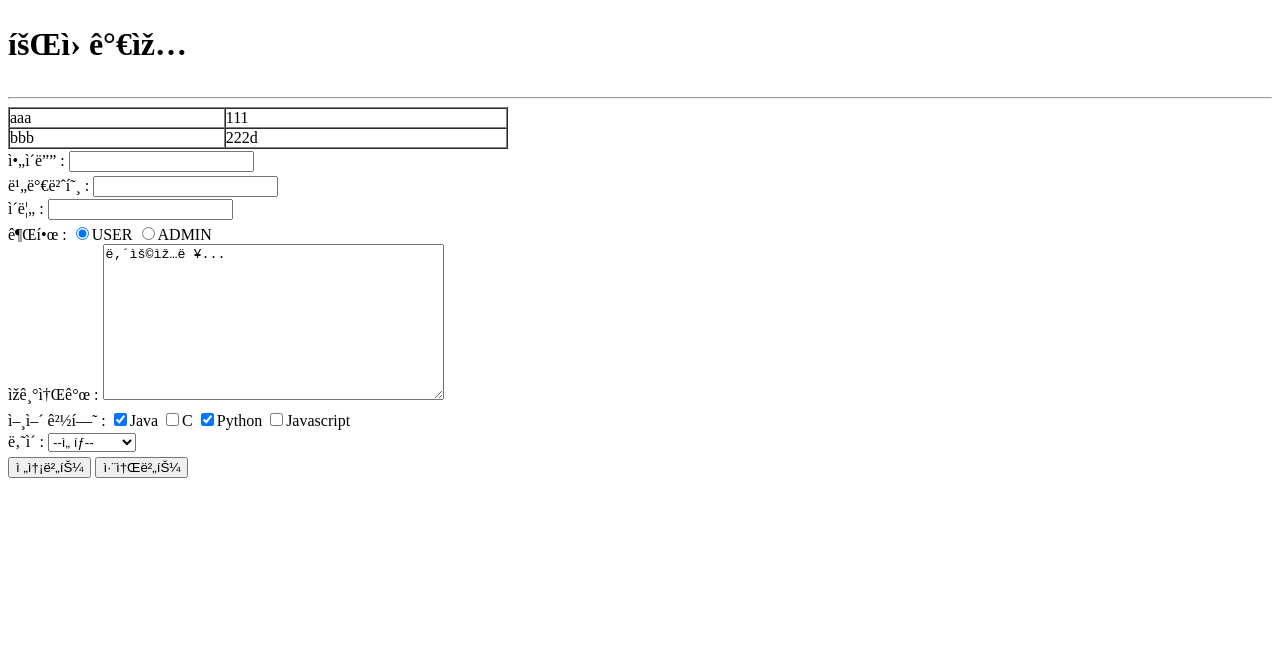
Repository: serim53/JSPStudy
Page: http://localhost/BoardWeb_JSP_/insertUserView.do
The author's editor kept a copy of each file at every save. The page is drawn from the files as they stood at one save, then again after the next save.
The browser window is 1280 px wide. The pictures show the whole page.
The page is served by Tomcat 10. Other server files are loaded and not shown.

Above is the page before, as saved 2025-07-08 05:02:02.

### BoardWeb(JSP)/src/main/webapp/WEB-INF/board/insertUser.jsp
<!DOCTYPE html PUBLIC "-//W3C//DTD HTML 4.01 Transitional//EN" "http://www.w3.org/TR/html4/loose.dtd">
<html>
<head>
<meta http-equiv="Content-Type" content="text/html; charset=UTF-8">
<title>회원가입</title>
</head>
<body>
<h1>회원 가입</h1>
<hr>
<form action="insertUser.do" method="get">

<table border="1" cellpadding="0" cellspacing="0" width="500">
	<tr><td>aaa</td><td>111</td></tr>
	<tr><td>bbb</td><td>222d</td></tr>
</table>
아이디 : <input type="text" size="20"/><br>
비밀번호 : <input type="password" size="20"/><br>
이름 : <input type="text"/><br>
권한 : <input name="role" type="radio" checked/>USER
      <input name="role" type="radio"/>ADMIN<br>
자기소개 : <textarea rows="10" cols="40">내용입력...</textarea><br>
언어 경험 : <input type="checkbox" checked/>Java
		  <input type="checkbox"/>C
		  <input type="checkbox" checked/>Python
		  <input type="checkbox"/>Javascript<br>
나이 : <select>
		<option>--선택--
		<option>10대
		<option>20대
		<option>30대
		<option>40대
		<option>50대
		<option>60대 이상
	  </select><br>
<input type="submit" value="전송버튼"/>
<input type="reset" value="취소버튼"/>
</form>
</body>
</html>

### BoardWeb(JSP)/src/main/java/com/multicampus/web/DispatcherServlet.java
package com.multicampus.web;

import java.io.IOException;
import java.util.List;

import com.multicampus.biz.board.BoardDAO;
import com.multicampus.biz.board.BoardVO;
import com.multicampus.biz.user.UserDAO;
import com.multicampus.biz.user.UserVO;

import jakarta.servlet.RequestDispatcher;
import jakarta.servlet.ServletConfig;
import jakarta.servlet.ServletException;
import jakarta.servlet.annotation.WebServlet;
import jakarta.servlet.http.HttpServlet;
import jakarta.servlet.http.HttpServletRequest;
import jakarta.servlet.http.HttpServletResponse;
import jakarta.servlet.http.HttpSession;

@WebServlet(urlPatterns = { "*.do" })
public class DispatcherServlet extends HttpServlet {
	private static final long serialVersionUID = 1L;

	private HandlerMapping handlerMapping;
	private ViewResolver viewResolver;

	public void init(ServletConfig config) throws ServletException {
		handlerMapping = new HandlerMapping();
		viewResolver = new ViewResolver("/WEB-INF/board/", ".jsp");
	}

	protected void service(HttpServletRequest request, HttpServletResponse response) throws ServletException, IOException {
		// 1. 브라우저의 요청 path 정보를 추출한다.
		String uri = request.getRequestURI();
		String path = uri.substring(uri.lastIndexOf("/"));
		System.out.println(path);

		// 2. HandlerMapping을 통해 요청을 처리할 Controller를 검색한다.
		Controller ctrl = handlerMapping.getController(path);

		// 3. 검색한 Controller를 실행한다.
		String viewName = ctrl.handleRequest(request, response);

		// 4. Controller가 리턴한 View 이름을 기반으로 이동할 화면 경로를 완성한다.
		String view = null;
		if(!viewName.contains(".do")) {
			if(viewName.equals("index")) {
				view = viewName + ".jsp";
			} else {
				view = viewResolver.getView(viewName);
			}
		} else {
			view = viewName;
		}

		// 5. 화면 이동한다.
		RequestDispatcher rd = request.getRequestDispatcher(view);
		rd.forward(request, response);
	}

}

### BoardWeb(JSP)/src/main/java/com/multicampus/web/Controller.java
package com.multicampus.web;

import jakarta.servlet.http.HttpServletRequest;
import jakarta.servlet.http.HttpServletResponse;

public interface Controller {

	String handleRequest(HttpServletRequest request, HttpServletResponse response);

}

### BoardWeb(JSP)/src/main/java/com/multicampus/web/user/InsertUserViewController.java
package com.multicampus.web.user;

import com.multicampus.web.Controller;

import jakarta.servlet.http.HttpServletRequest;
import jakarta.servlet.http.HttpServletResponse;

public class InsertUserViewController implements Controller {

	@Override
	public String handleRequest(HttpServletRequest request, HttpServletResponse response) {
		System.out.println("회원가입 화면으로 이동");

		return "insertUser";
	}

}

### BoardWeb(JSP)/src/main/java/com/multicampus/web/user/InsertUserController.java
package com.multicampus.web.user;

import com.multicampus.biz.user.UserDAO;
import com.multicampus.biz.user.UserVO;
import com.multicampus.web.Controller;

import jakarta.servlet.http.HttpServletRequest;
import jakarta.servlet.http.HttpServletResponse;

public class InsertUserController implements Controller {

	@Override
	public String handleRequest(HttpServletRequest request, HttpServletResponse response) {
		System.out.println("회원 가입 기능 처리");

		// 1. 사용자 입력정보 추출
		String id = request.getParameter("id");
		String password = request.getParameter("password");
		String name = request.getParameter("name");
		String role = request.getParameter("role");

		// 2. DB 연동 처리
		UserVO vo = new UserVO();
		vo.setId(id);
		vo.setPassword(password);
		vo.setName(name);
		vo.setRole(role);

		UserDAO dao = new UserDAO();
		dao.insertUser(vo);

		// 3. 화면 이동
		return "index";
	}

}

### BoardWeb(JSP)/src/main/java/com/multicampus/web/user/LoginViewController.java
package com.multicampus.web.user;

import com.multicampus.web.Controller;

import jakarta.servlet.http.HttpServletRequest;
import jakarta.servlet.http.HttpServletResponse;

public class LoginViewController implements Controller {

	@Override
	public String handleRequest(HttpServletRequest request, HttpServletResponse response) {
		System.out.println("로그인 화면으로 이동");

		return "login";
	}

}

### BoardWeb(JSP)/src/main/java/com/multicampus/web/user/LoginController.java
package com.multicampus.web.user;

import com.multicampus.biz.user.UserDAO;
import com.multicampus.biz.user.UserVO;
import com.multicampus.web.Controller;

import jakarta.servlet.http.HttpServletRequest;
import jakarta.servlet.http.HttpServletResponse;
import jakarta.servlet.http.HttpSession;

public class LoginController implements Controller {

	@Override
	public String handleRequest(HttpServletRequest request, HttpServletResponse response) {
		System.out.println("로그인 기능 처리");

		// 1. 사용자 입력정보 추출
		String id = request.getParameter("id");
		String password = request.getParameter("password");

		// 2. DB 연동 처리
		UserVO vo = new UserVO();
		vo.setId(id);
		vo.setPassword(password);

		UserDAO dao = new UserDAO();
		UserVO user = dao.getUser(vo);

		// 3. 화면 이동
		if(user != null) {
			// 로그인 성공
			HttpSession session = request.getSession();
			session.setAttribute("user", user);
			return "getBoardList.do";
		} else {
			// 로그인 실패
			return "loginView.do";
		}

	}

}

### BoardWeb(JSP)/src/main/java/com/multicampus/web/user/LogoutController.java
package com.multicampus.web.user;

import com.multicampus.web.Controller;

import jakarta.servlet.http.HttpServletRequest;
import jakarta.servlet.http.HttpServletResponse;
import jakarta.servlet.http.HttpSession;

public class LogoutController implements Controller {

	@Override
	public String handleRequest(HttpServletRequest request, HttpServletResponse response) {
		System.out.println("로그아웃 기능 처리");

		// 로그아웃을 요청한 브라우저와 매핑된 세션을 강제로 종료한다.
		HttpSession session = request.getSession();
		session.invalidate();

		// 화면 이동
		return "index";

	}

}

### BoardWeb(JSP)/src/main/java/com/multicampus/web/board/InsertBoardViewController.java
package com.multicampus.web.board;

import com.multicampus.web.Controller;

import jakarta.servlet.http.HttpServletRequest;
import jakarta.servlet.http.HttpServletResponse;

public class InsertBoardViewController implements Controller {

	@Override
	public String handleRequest(HttpServletRequest request, HttpServletResponse response) {
		System.out.println("글 등록 화면으로 이동");

		return "insertBoard";
	}

}

### BoardWeb(JSP)/src/main/java/com/multicampus/web/board/InsertBoardController.java
package com.multicampus.web.board;

import com.multicampus.biz.board.BoardDAO;
import com.multicampus.biz.board.BoardVO;
import com.multicampus.web.Controller;

import jakarta.servlet.http.HttpServletRequest;
import jakarta.servlet.http.HttpServletResponse;

public class InsertBoardController implements Controller {

	@Override
	public String handleRequest(HttpServletRequest request, HttpServletResponse response) {
		System.out.println("글 등록 기능 처리");

		// 1. 사용자 입력정보 추출
		String title = request.getParameter("title");
		String writer = request.getParameter("writer");
		String content = request.getParameter("content");

		// 2. DB 연동 처리
		BoardVO vo = new BoardVO();
		vo.setTitle(title);
		vo.setWriter(writer);
		vo.setContent(content);

		BoardDAO dao = new BoardDAO();
		dao.insertBoard(vo);

		// 3. 화면 이동
		return "getBoardList.do";

	}

}

### BoardWeb(JSP)/src/main/java/com/multicampus/web/board/UpdateBoardController.java
package com.multicampus.web.board;

import com.multicampus.biz.board.BoardDAO;
import com.multicampus.biz.board.BoardVO;
import com.multicampus.web.Controller;

import jakarta.servlet.http.HttpServletRequest;
import jakarta.servlet.http.HttpServletResponse;

public class UpdateBoardController implements Controller {

	@Override
	public String handleRequest(HttpServletRequest request, HttpServletResponse response) {
		System.out.println("글 수정 기능 처리");

		// 1. 사용자 입력정보 추출
		String title = request.getParameter("title");
		String seq = request.getParameter("seq");
		String content = request.getParameter("content");

		// 2. DB 연동 처리
		BoardVO vo = new BoardVO();
		vo.setTitle(title);
		vo.setSeq(Integer.parseInt(seq));
		vo.setContent(content);

		BoardDAO dao = new BoardDAO();
		dao.updateBoard(vo);

		// 3. 화면 이동
		return "getBoardList.do";
	}

}

### BoardWeb(JSP)/src/main/java/com/multicampus/web/board/DeleteBoardController.java
package com.multicampus.web.board;

import com.multicampus.biz.board.BoardDAO;
import com.multicampus.biz.board.BoardVO;
import com.multicampus.web.Controller;

import jakarta.servlet.http.HttpServletRequest;
import jakarta.servlet.http.HttpServletResponse;

public class DeleteBoardController implements Controller {

	@Override
	public String handleRequest(HttpServletRequest request, HttpServletResponse response) {
		System.out.println("글 삭제 기능 처리");

		// 1. 사용자 입력정보 추출
		String seq = request.getParameter("seq");

		// 2. DB 연동 처리
		BoardVO vo = new BoardVO();
		vo.setSeq(Integer.parseInt(seq));

		BoardDAO dao = new BoardDAO();
		dao.deleteBoard(vo);

		// 3. 화면 이동
		return "getBoardList.do";
	}

}

### BoardWeb(JSP)/src/main/java/com/multicampus/web/board/GetBoardController.java
package com.multicampus.web.board;

import com.multicampus.biz.board.BoardDAO;
import com.multicampus.biz.board.BoardVO;
import com.multicampus.web.Controller;

import jakarta.servlet.http.HttpServletRequest;
import jakarta.servlet.http.HttpServletResponse;

public class GetBoardController implements Controller {

	@Override
	public String handleRequest(HttpServletRequest request, HttpServletResponse response) {
		System.out.println("글 상세 조회 기능 처리");

		// 1. 사용자 입력정보 추출
		String seq = request.getParameter("seq");

		// 2. DB 연동 처리
		BoardVO vo = new BoardVO();
		vo.setSeq(Integer.parseInt(seq));

		BoardDAO dao = new BoardDAO();
		BoardVO board = dao.getBoard(vo);

		// 3. Model(DAO)을 통해 검색한 데이터를 View(JSP)에서 사용할 수 있도록 request에 등록한다.
		request.setAttribute("board", board);

		// 4. 화면 이동
		return "getBoard";
	}

}

### BoardWeb(JSP)/src/main/java/com/multicampus/web/board/GetBoardListController.java
package com.multicampus.web.board;

import java.util.List;

import com.multicampus.biz.board.BoardDAO;
import com.multicampus.biz.board.BoardVO;
import com.multicampus.web.Controller;

import jakarta.servlet.http.HttpServletRequest;
import jakarta.servlet.http.HttpServletResponse;

public class GetBoardListController implements Controller {

	@Override
	public String handleRequest(HttpServletRequest request, HttpServletResponse response) {
		System.out.println("글 목록 검색 기능 처리");

		// 1. 사용자 입력정보 추출
		String condition = request.getParameter("condition");
		String keyword = request.getParameter("keyword");

		// null check
		if(condition == null) condition = "title";
		if(keyword == null) keyword = "";

		request.setAttribute("condition", condition);
		request.setAttribute("keyword", keyword);

		// 2. DB 연동 처리
		BoardVO vo = new BoardVO();
		vo.setCondition(condition);
		vo.setKeyword(keyword);

		BoardDAO dao = new BoardDAO();
		List<BoardVO> boardList = dao.getBoardList(vo);

		// 3. Model(DAO)을 이용하여 검색한 데이터를 View(JSP)에서 사용할 수 있도록 request에 등록한다.
		request.setAttribute("boardList", boardList);

		// 4. 화면 이동
		return "getBoardList";

	}

}

After the next save:
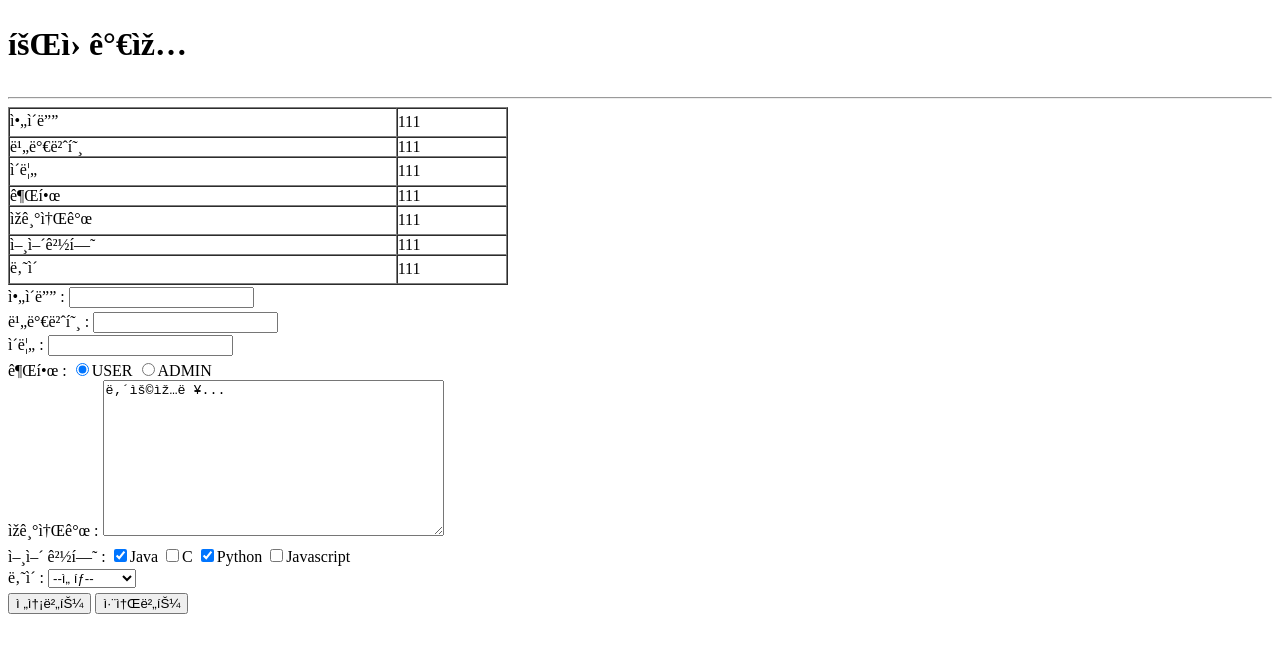
Saved 86 s later.
--- a/BoardWeb(JSP)/src/main/webapp/WEB-INF/board/insertUser.jsp
+++ b/BoardWeb(JSP)/src/main/webapp/WEB-INF/board/insertUser.jsp
@@ -10,8 +10,34 @@
 <form action="insertUser.do" method="get">
 
 <table border="1" cellpadding="0" cellspacing="0" width="500">
-	<tr><td>aaa</td><td>111</td></tr>
-	<tr><td>bbb</td><td>222d</td></tr>
+	<tr>
+		<td>아이디</td>
+		<td>111</td>
+	</tr>
+	<tr>
+		<td>비밀번호</td>
+		<td>111</td>
+	</tr>
+	<tr>
+		<td>이름</td>
+		<td>111</td>
+	</tr>
+	<tr>
+		<td>권한</td>
+		<td>111</td>
+	</tr>
+	<tr>
+		<td>자기소개</td>
+		<td>111</td>
+	</tr>
+	<tr>
+		<td>언어경험</td>
+		<td>111</td>
+	</tr>
+	<tr>
+		<td>나이</td>
+		<td>111</td>
+	</tr>
 </table>
 아이디 : <input type="text" size="20"/><br>
 비밀번호 : <input type="password" size="20"/><br>
